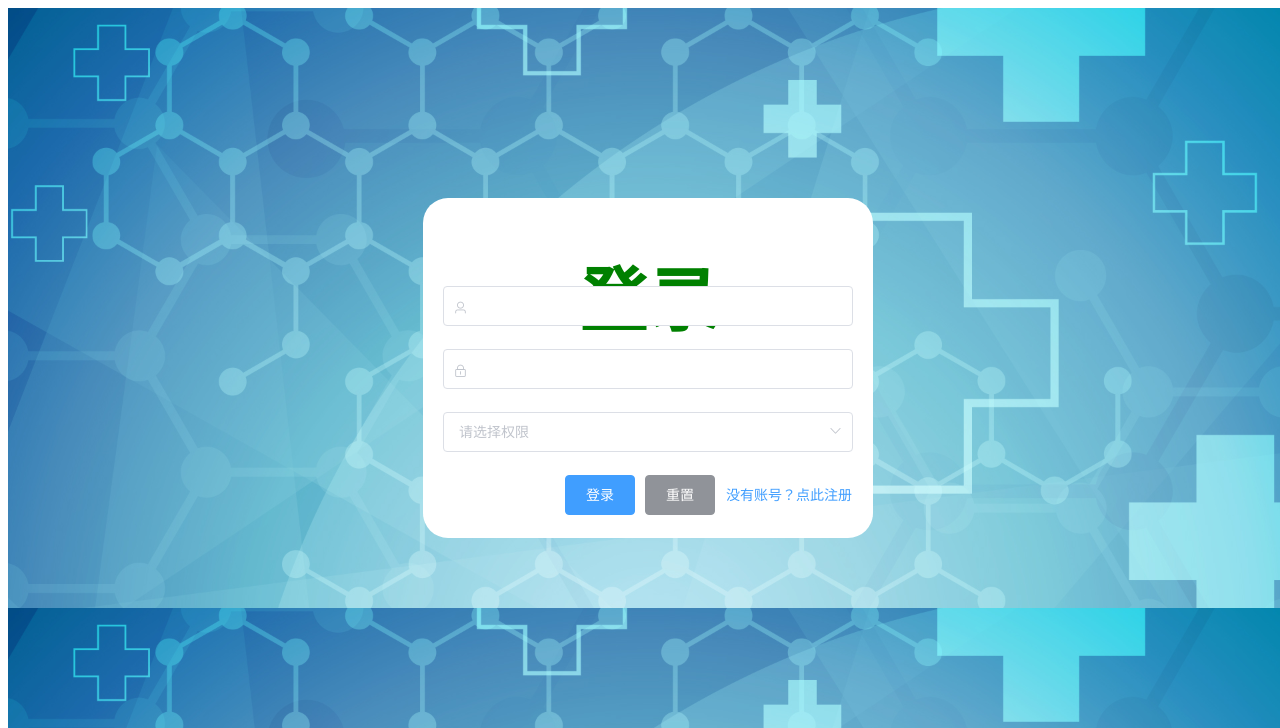
Repository: ShaoCHis/WEB-SOA-frontEnd
Page: /
These files come from the project's save history. The page is drawn as it stood at one moment and after the next save; the edit follows.
The browser window is 1280 px wide. The pictures show the whole page.
The project was rebuilt for these pictures with package versions that can differ from the ones it lists, and the page was loaded fresh each time. Also part of the build but not shown: src/components/test.vue, src/components/test2.vue, src/components/Register.vue, src/components/Admin/ManagePage.vue, src/components/Hospital/HMainPage.vue, src/components/Patient/MainPage.vue.

Above is the page before, as saved 2021-11-16 18:26:15.

After the next save:
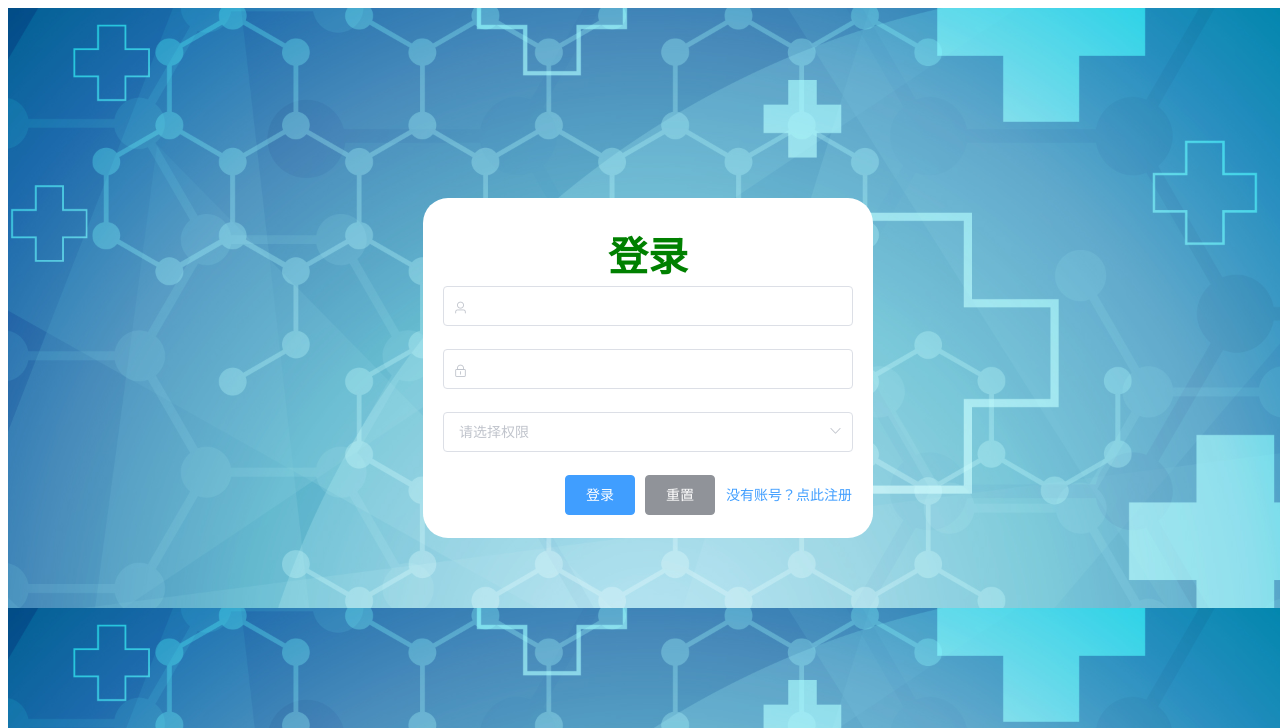
Saved 17 s later.
--- a/src/components/Login.vue
+++ b/src/components/Login.vue
@@ -120,7 +120,7 @@ export default {
 <style lang="less" scoped>
 .tip{
           color: green;
-          font-size: 35px;
+          font-size: 20px;
           font-weight: bold;
           text-align: center;
           margin-bottom: 30px;
